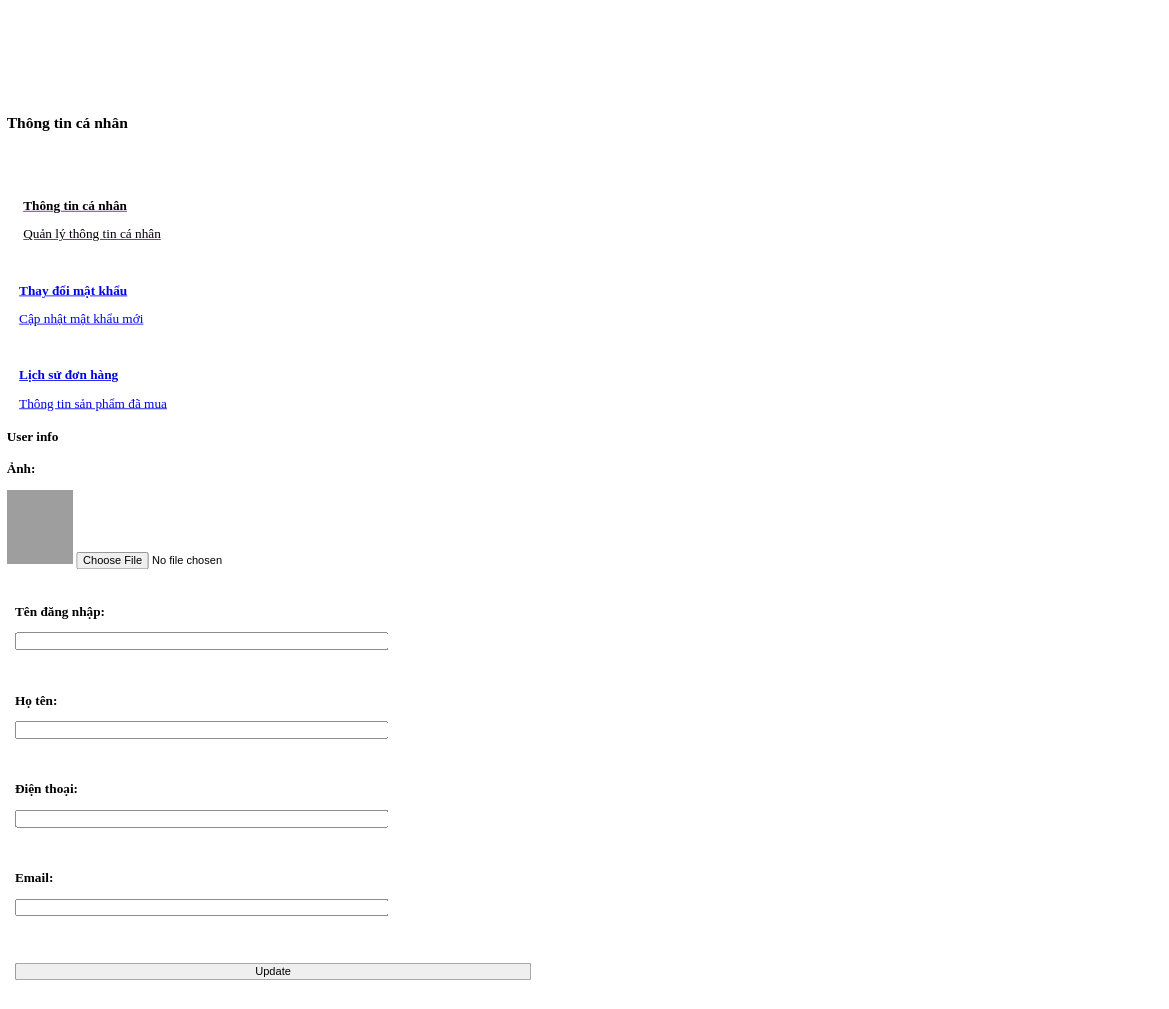
Repository: nguyengiabao245/NHOM3_C2
Page: http://localhost/DoAnJava/WEB-INF/views/account/edit.jsp
These files come from the project's save history. The page is drawn as it stood at one moment and after the next save; the edit follows.
The browser window is 1280 px wide. The page is 1408 px wide, so the pictures cover 1408 px, including what lies to the right of the window. The pictures show the whole page, at 83% of full size.
Pictures or frames that could not be fetched are drawn as grey boxes. The page is served by Tomcat 9. Nobody is signed in. The template is opened directly, without the code that normally fills it, so the values that code supplies are empty.

Above is the page before, as saved 2022-05-16 06:21:58.

After the next save:
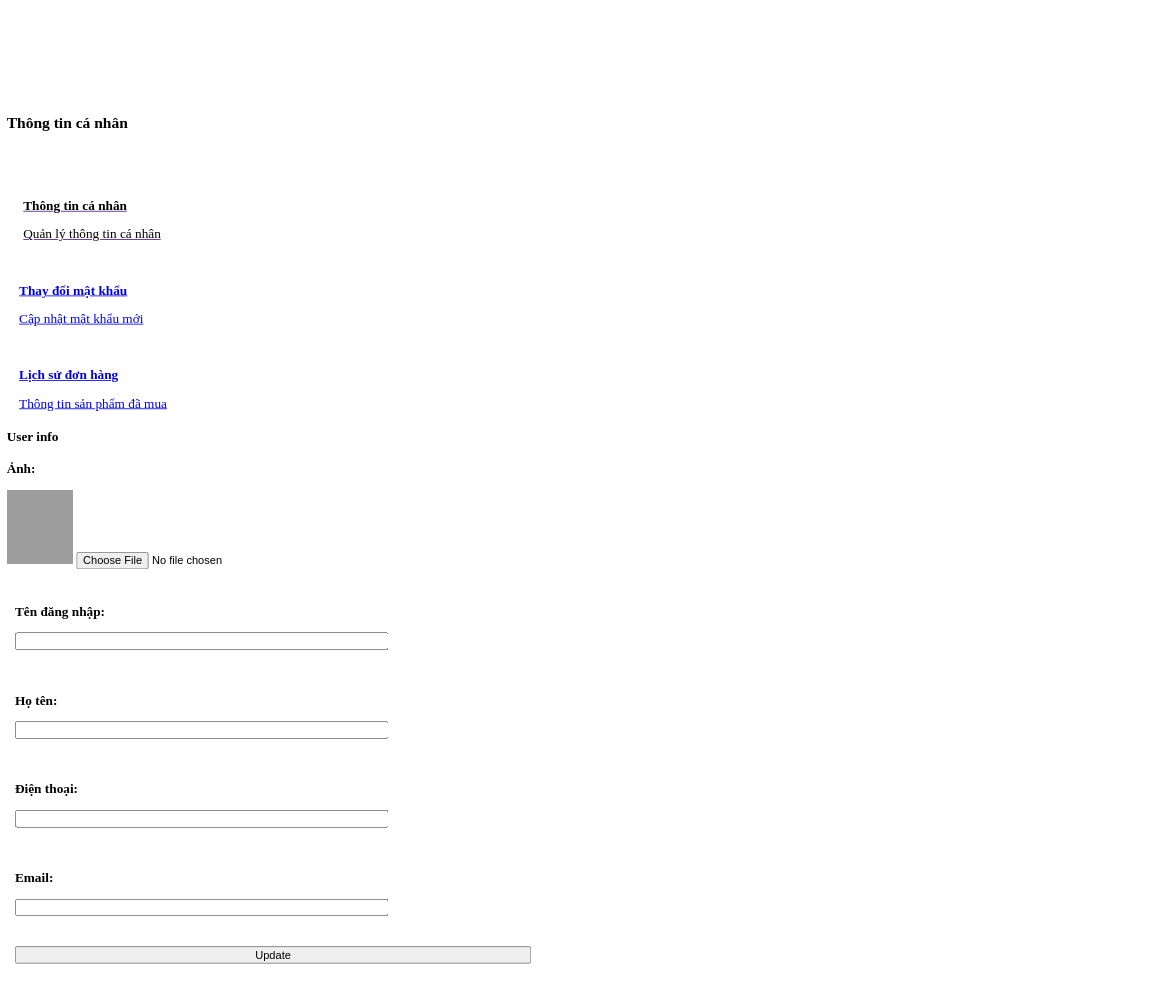
Saved 20 s later.
--- a/DoAnJava/src/main/webapp/WEB-INF/views/account/edit.jsp
+++ b/DoAnJava/src/main/webapp/WEB-INF/views/account/edit.jsp
@@ -142,7 +142,7 @@
 								</div>
 								<div class="row"style="padding:10px">
 									<div class="col-sm-4"></div>
-									<div class="col-sm-8" style="right: -85px; margin-top: 20px">
+									<div class="col-sm-8" style="right: -85px;">
 										<form:hidden path="password" />
 										<form:hidden path="activated" />
 										<form:hidden path="admin" />
